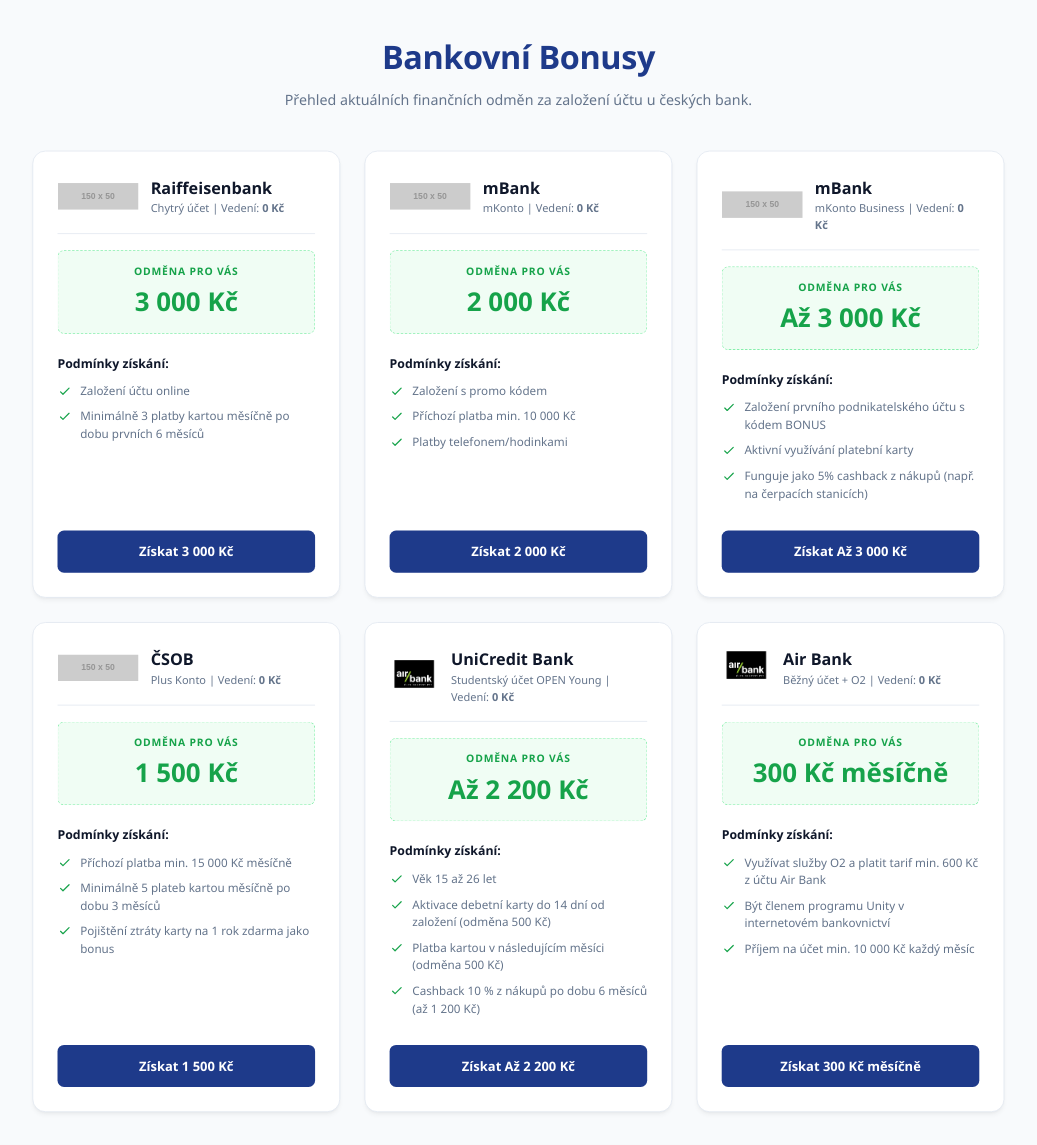
Repository: Martin49232/bankovnibonusy
Page: index.html
An editor plug-in stored every save of this project. The page is shown before and after a run of saves, followed by the edit.
The browser window is 1280 px wide. The pictures show the whole page, at 81% of full size.

Above is the page before, as saved 2026-03-10 17:21:45.

### index.html
<!DOCTYPE html>
<!DOCTYPE html>
<html lang="cs">
<head>
    <meta charset="UTF-8">
    <meta name="viewport" content="width=device-width, initial-scale=1.0">
    <title>Bankovní Bonusy | Nejlepší účty v ČR</title>
    <style>
        :root {
            --primary: #1e3a8a;
            --success: #16a34a;
            --bg-color: #f8fafc;
            --card-bg: #ffffff;
            --text-main: #0f172a;
            --text-muted: #64748b;
            --border: #e2e8f0;
        }

        body {
            font-family: 'Segoe UI', system-ui, -apple-system, sans-serif;
            background: var(--bg-color);
            margin: 0;
            padding: 40px 20px;
            color: var(--text-main);
            line-height: 1.5;
        }

        .container {
            max-width: 1200px;
            margin: 0 auto;
        }

        header {
            text-align: center;
            margin-bottom: 50px;
        }

        h1 {
            color: var(--primary);
            font-size: 2.5rem;
            margin: 0 0 10px 0;
            letter-spacing: -0.5px;
        }

        .subtitle {
            color: var(--text-muted);
            font-size: 1.1rem;
            margin: 0;
        }

        /* Grid Layout */
        .grid {
            display: grid;
            grid-template-columns: repeat(auto-fill, minmax(340px, 1fr));
            gap: 30px;
        }

        /* Card Styling */
        .card {
            background: var(--card-bg);
            border-radius: 16px;
            padding: 30px;
            box-shadow: 0 4px 6px -1px rgba(0,0,0,0.05), 0 2px 4px -2px rgba(0,0,0,0.05);
            display: flex;
            flex-direction: column;
            border: 1px solid var(--border);
            transition: transform 0.2s ease, box-shadow 0.2s ease;
        }

        .card:hover {
            transform: translateY(-5px);
            box-shadow: 0 20px 25px -5px rgba(0,0,0,0.1), 0 8px 10px -6px rgba(0,0,0,0.1);
        }

        /* Card Header (Logo + Bank Name) */
        .card-header {
            display: flex;
            align-items: center;
            gap: 15px;
            margin-bottom: 20px;
            padding-bottom: 20px;
            border-bottom: 1px solid var(--border);
        }

        .card-header img {
            max-width: 100px;
            max-height: 40px;
            object-fit: contain;
        }

        .bank-info {
            display: flex;
            flex-direction: column;
        }

        .bank-name {
            font-size: 1.25rem;
            font-weight: 700;
            margin: 0;
        }

        .meta {
            font-size: 0.85rem;
            color: var(--text-muted);
        }

        /* Bonus Highlight */
        .bonus-wrapper {
            background: #f0fdf4;
            border: 1px dashed #86efac;
            border-radius: 8px;
            padding: 15px;
            text-align: center;
            margin-bottom: 25px;
        }

        .bonus-label {
            display: block;
            font-size: 0.8rem;
            text-transform: uppercase;
            letter-spacing: 1px;
            color: var(--success);
            font-weight: 600;
            margin-bottom: 4px;
        }

        .bonus {
            font-size: 2rem;
            font-weight: 800;
            color: var(--success);
            margin: 0;
        }

        /* Requirements List */
        .req-title {
            font-weight: 600;
            font-size: 0.95rem;
            margin-bottom: 12px;
        }

        .requirements {
            flex-grow: 1;
            font-size: 0.9rem;
            margin: 0 0 25px 0;
            padding: 0;
            color: var(--text-muted);
            list-style: none;
        }

        .requirements li {
            position: relative;
            padding-left: 28px;
            margin-bottom: 10px;
        }

        /* Custom SVG Checkmark */
        .requirements li::before {
            content: '';
            position: absolute;
            left: 0;
            top: 2px;
            width: 18px;
            height: 18px;
            background-image: url("data:[embedded picture, 228 characters]");
            background-size: contain;
            background-repeat: no-repeat;
        }

        /* Call to Action Button */
        .btn {
            display: block;
            text-align: center;
            background: var(--primary);
            color: white;
            text-decoration: none;
            padding: 14px;
            border-radius: 8px;
            font-weight: 600;
            font-size: 1rem;
            transition: background 0.2s;
        }

        .btn:hover {
            background: #1e40af;
        }
    </style>
</head>
<body>
    <div class="container">
        <header>
            <h1>Bankovní Bonusy</h1>
            <p class="subtitle">Přehled aktuálních finančních odměn za založení účtu u českých bank.</p>
        </header>

        <div id="deals-container" class="grid"></div>
    </div>

    <script>
        document.addEventListener('DOMContentLoaded', () => {
            fetch('data.json')
                .then(response => {
                    if (!response.ok) throw new Error('Network response was not ok');
                    return response.json();
                })
                .then(data => renderDeals(data))
                .catch(error => console.error('Error loading data:', error));
        });

        function renderDeals(deals) {
            const container = document.getElementById('deals-container');

            deals.forEach(deal => {
                const reqList = deal.requirements.map(req => `<li>${req}</li>`).join('');

                const card = document.createElement('div');
                card.className = 'card';

                // Constructing the new, prettier DOM structure for each card
                card.innerHTML = `
                    <div class="card-header">
                        <img src="${deal.logoUrl}" alt="${deal.bankName} logo">
                        <div class="bank-info">
                            <h2 class="bank-name">${deal.bankName}</h2>
                            <div class="meta">${deal.accountName} | Vedení: <strong>${deal.monthlyFee}</strong></div>
                        </div>
                    </div>

                    <div class="bonus-wrapper">
                        <span class="bonus-label">Odměna pro vás</span>
                        <div class="bonus">${deal.bonusAmount}</div>
                    </div>

                    <div class="req-title">Podmínky získání:</div>
                    <ul class="requirements">${reqList}</ul>

                    <a href="${deal.link}" target="_blank" rel="noopener noreferrer" class="btn">Získat ${deal.bonusAmount}</a>
                `;
                container.appendChild(card);
            });
        }
    </script>
</body>
</html>

### data.json
[
  {
    "id": "raiffeisen-chytry",
    "bankName": "Raiffeisenbank",
    "accountName": "Chytrý účet",
    "bonusAmount": "3 000 Kč",
    "requirements": [
      "Založení účtu online",
      "Minimálně 3 platby kartou měsíčně po dobu prvních 6 měsíců"
    ],
    "monthlyFee": "0 Kč",
    "link": "https://www.rb.cz/promo-odkaz",
    "logoUrl": "https://via.placeholder.com/150x50?text=Raiffeisenbank"
  },
  {
    "id": "mbank-mkonto",
    "bankName": "mBank",
    "accountName": "mKonto",
    "bonusAmount": "2 000 Kč",
    "requirements": [
      "Založení s promo kódem",
      "Příchozí platba min. 10 000 Kč",
      "Platby telefonem/hodinkami"
    ],
    "monthlyFee": "0 Kč",
    "link": "https://www.mbank.cz/promo-odkaz",
    "logoUrl": "https://via.placeholder.com/150x50?text=mBank"
  },
{
    "id": "mbank-business",
    "bankName": "mBank",
    "accountName": "mKonto Business",
    "bonusAmount": "Až 3 000 Kč",
    "requirements": [
      "Založení prvního podnikatelského účtu s kódem BONUS",
      "Aktivní využívání platební karty",
      "Funguje jako 5% cashback z nákupů (např. na čerpacích stanicích)"
    ],
    "monthlyFee": "0 Kč",
    "link": "https://www.mbank.cz/",
    "logoUrl": "https://via.placeholder.com/150x50?text=mBank"
  },
  {
    "id": "csob-pluskonto",
    "bankName": "ČSOB",
    "accountName": "Plus Konto",
    "bonusAmount": "1 500 Kč",
    "requirements": [
      "Příchozí platba min. 15 000 Kč měsíčně",
      "Minimálně 5 plateb kartou měsíčně po dobu 3 měsíců",
      "Pojištění ztráty karty na 1 rok zdarma jako bonus"
    ],
    "monthlyFee": "0 Kč",
    "link": "https://www.csob.cz/",
    "logoUrl": "https://via.placeholder.com/150x50?text=CSOB"
  },
  {
    "id": "unicredit-student",
    "bankName": "UniCredit Bank",
    "accountName": "Studentský účet OPEN Young",
    "bonusAmount": "Až 2 200 Kč",
    "requirements": [
      "Věk 15 až 26 let",
      "Aktivace debetní karty do 14 dní od založení (odměna 500 Kč)",
      "Platba kartou v následujícím měsíci (odměna 500 Kč)",
      "Cashback 10 % z nákupů po dobu 6 měsíců (až 1 200 Kč)"
    ],
    "monthlyFee": "0 Kč",
    "link": "https://www.unicreditbank.cz/",
    "logoUrl": "images/airbank.png"
  },
  {
    "id": "airbank-bezny",
    "bankName": "Air Bank",
    "accountName": "Běžný účet + O2",
    "bonusAmount": "300 Kč měsíčně",
    "requirements": [
      "Využívat služby O2 a platit tarif min. 600 Kč z účtu Air Bank",
      "Být členem programu Unity v internetovém bankovnictví",
      "Příjem na účet min. 10 000 Kč každý měsíc"
    ],
    "monthlyFee": "0 Kč",
    "link": "https://www.airbank.cz/",
    "logoUrl": "images/airbank.png"
  }
]

After the next 4 saves:
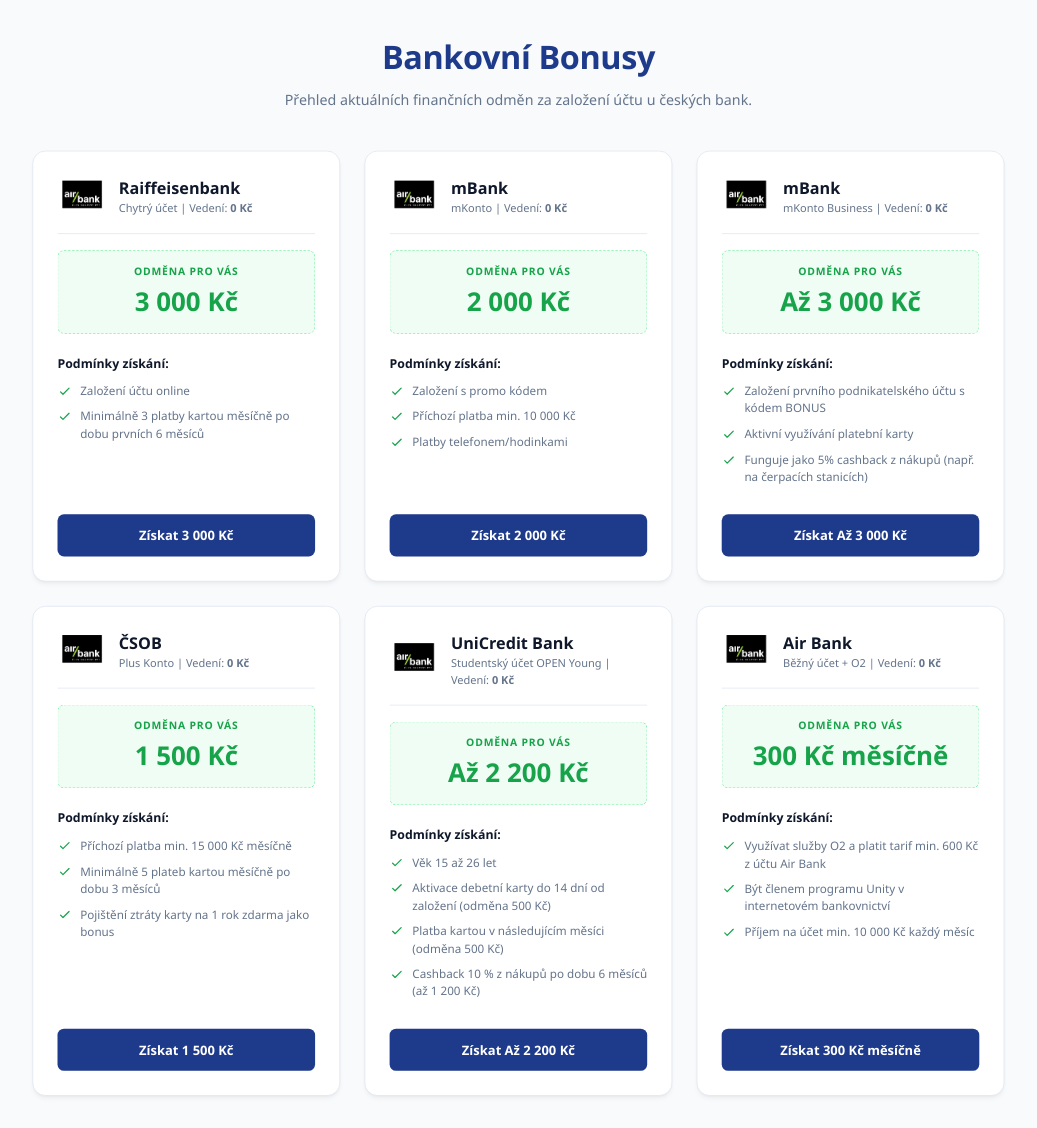
The 4 saves are shown as one change because they came seconds apart.
The last was saved 11 s later.
--- a/data.json
+++ b/data.json
@@ -10,7 +10,7 @@
     ],
     "monthlyFee": "0 Kč",
     "link": "https://www.rb.cz/promo-odkaz",
-    "logoUrl": "https://via.placeholder.com/150x50?text=Raiffeisenbank"
+    "logoUrl": "images/airbank.png"
   },
   {
     "id": "mbank-mkonto",
@@ -24,7 +24,7 @@
     ],
     "monthlyFee": "0 Kč",
     "link": "https://www.mbank.cz/promo-odkaz",
-    "logoUrl": "https://via.placeholder.com/150x50?text=mBank"
+    "logoUrl": "images/airbank.png"
   },
 {
     "id": "mbank-business",
@@ -38,7 +38,7 @@
     ],
     "monthlyFee": "0 Kč",
     "link": "https://www.mbank.cz/",
-    "logoUrl": "https://via.placeholder.com/150x50?text=mBank"
+    "logoUrl": "images/airbank.png"
   },
   {
     "id": "csob-pluskonto",
@@ -52,7 +52,7 @@
     ],
     "monthlyFee": "0 Kč",
     "link": "https://www.csob.cz/",
-    "logoUrl": "https://via.placeholder.com/150x50?text=CSOB"
+    "logoUrl": "images/airbank.png"
   },
   {
     "id": "unicredit-student",
